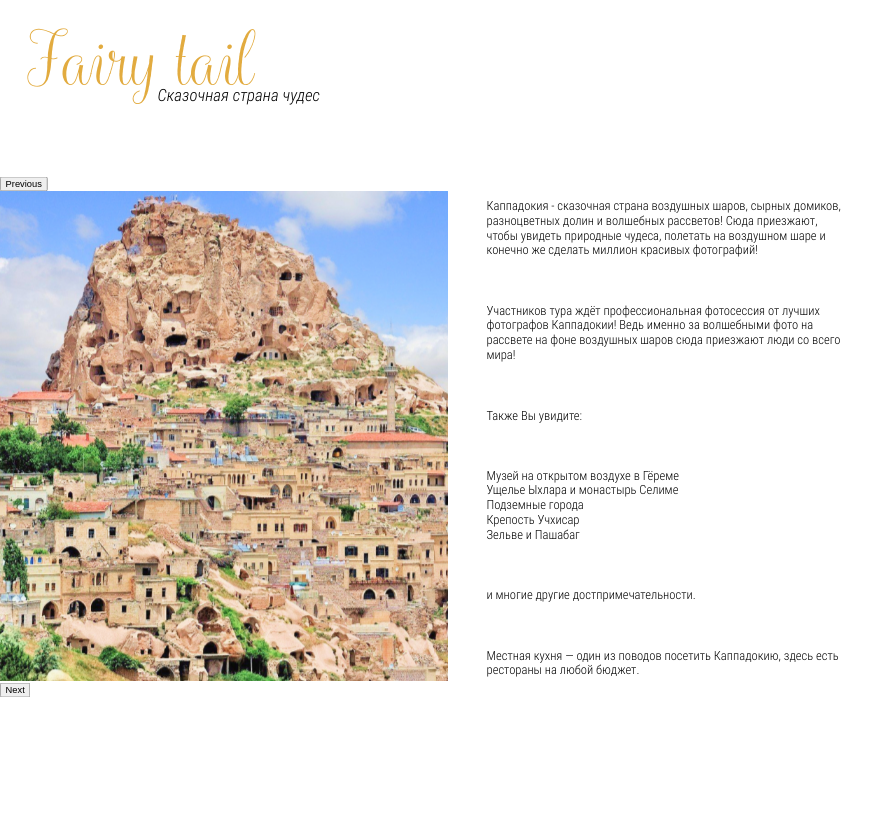
Repository: Lareeman/cappadocia
Page: index.html
These files come from the project's save history. The page is drawn as it stood at one moment and after a run of saves; the edit follows.
The browser window is 1280 px wide. The pictures show the part of the page from y = 896 to 2816 px (the page is 2096 px tall before and 3458 px after), at 70% of full size.

Above is the page before, as saved 2024-01-27 13:05:39.

### index.html
<!DOCTYPE html>
<html lang="en">

<head>
  <meta charset="UTF-8">
  <meta name="viewport" content="width=device-width, initial-scale=1.0">
  <meta http-equiv="X-UA-Compatible" content="ie=edge">
  <title>Cappadocia</title>
  <link rel="stylesheet" href="css/reset.css">
  <link rel="stylesheet" href="css/slick.css">
  <link rel="stylesheet" href="css/style.css">
</head>

<body>
  <header class="header">
    <div class="container">
      <div class="header__top">
        <nav class="menu">
          <ul class="menu__list">
            <li class="menu__item"><a class="menu__link" href="#">Маршрут</a></li>
            <li class="menu__item"><a class="menu__link" href="#">Отель</a></li>
            <li class="menu__item"><a class="menu__link" href="#">Стоимость</a></li>
          </ul>
        </nav>
        <a class="header__phone" href="tel:+380665557776">+38(066)555-777-6</a>
      </div>
      <h1 class="header__title">Cappadocia<span>Эксклюзивный тур</span></h1>
    </div>
  </header>
  <section class="fairy page-section">
    <div class="container">
      <h3 class="fairy__title title">Fairy tail
        <span>Сказочная страна чудес</span>
      </h3>
    </div>
    <div class="fairy__inner">
      <div class="fairy__slider">
        <div class="fairy__item"><img src="images/fairy-1.jpg" alt=""></div>
        <div class="fairy__item"><img src="images/fairy-2.jpg" alt=""></div>
        <div class="fairy__item"><img src="images/fairy-3.jpg" alt=""></div>
      </div>
      <div class="fairy__content">
        <div class="fairy__container">
          <div class="fairy__body">
            <p class="fairy__text">
              Каппадокия - сказочная страна воздушных шаров, сырных домиков, разноцветных долин и волшебных рассветов!
              Сюда приезжают, чтобы увидеть природные чудеса, полетать на воздушном шаре и конечно же сделать миллион красивых фотографий!
            </p>
            <p class="fairy__text">
              Участников тура ждёт профессиональная фотосессия от лучших фотографов Каппадокии!
              Ведь именно за волшебными фото на рассвете на фоне воздушных шаров сюда приезжают люди со всего мира!
            </p>
            <div class="fairy__body-title">
              Также Вы увидите:
            </div>
            <ul class="fairy__list">
              <li>Музей на открытом воздухе в Гёреме</li>
              <li>Ущелье Ыхлара и монастырь Селиме</li>
              <li>Подземные города</li>
              <li>Крепость Учхисар</li>
              <li>Зельве и Пашабаг</li>
            </ul>
            <p class="fairy__text">и многие другие достпримечательности.</p>
            <p class="fairy__text">Местная кухня — один из поводов посетить Каппадокию, здесь есть рестораны на любой бюджет.</p>
          </div>
        </div>
      </div>
    </div>
  </section>

  <script src="https://ajax.googleapis.com/ajax/libs/jquery/3.4.1/jquery.min.js"></script>
  <script src="js/slick.min.js"></script>
  <script src="js/main.js"></script>
</body>

</html>

### css/style.css
:root {
  --black: #000;
  --gold: #E2AB3F;
}

@font-face {
  font-family: 'Balqis';
  src: url('../fonts/balqis.woff2');
  src: url('../fonts/balqis.woff2') format('woff2'),
    url('../fonts/balqis.woff') format('woff');

  font-style: normal;
  font-weight: 300;
  font-display: swap;
}

@font-face {
  font-family: 'RobotoCondensed-Light';
  src: url('../fonts/RobotoCondensed-Light.woff2');
  src: url('../fonts/RobotoCondensed-Light.woff2') format('woff2'),
    url('../fonts/RobotoCondensed-Light.woff') format('woff');


  font-style: normal;
  font-weight: 300;
  font-display: swap;
}

@font-face {
  font-family: 'RobotoCondensed-LightItalic';
  src: url('../fonts/RobotoCondensed-LightItalic.woff2');
  src: url('../fonts/RobotoCondensed-LightItalic.woff2') format('woff2'),
    url('../fonts/RobotoCondensed-LightItalic.woff') format('woff');
  font-style: italic;
  font-weight: 300;
  font-display: swap;
}

@font-face {
  font-family: 'RobotoCondensed-Regular';
  src: url('../fonts/RobotoCondensed-Regular.woff2');
  src: url('../fonts/RobotoCondensed-Regular.woff2') format('woff2'),
    url('../fonts/RobotoCondensed-Regular.woff') format('woff');


  font-style: 400;
  font-weight: 300;
  font-display: swap;
}

html {
  box-sizing: border-box;
}

*,
*::before,
*::after {
  box-sizing: inherit;
}

a {
  text-decoration: none;
  color: inherit;
}

ul {
  list-style-type: none;
}

body {
  color: var(--black);
  font-family: 'RobotoCondensed-Light';
  font-size: 18px;
  font-style: normal;
  font-weight: 300;
  line-height: normal;
}

.header {
  background-image: url("../images/header-bg.jpg");
  background-size: cover;
  background-repeat: no-repeat;
  background-position: bottom center;
  min-height: 100vh;
  margin-bottom: 200px;
}

.container {
  max-width: 1230px;
  padding: 0 15px;
  margin: 0 auto;
}

.page-section {
  margin-bottom: 200px;
}

.title {
  color: var(--gold);
  font-family: Balqis;
  font-size: 96px;
  font-weight: 400;
  margin-bottom: 100px;
}

.title span {
  line-height: 28px;
  font-size: 24px;
  color: var(--black);
  font-family: 'RobotoCondensed-LightItalic';
  display: block;
  margin-top: -30px;
  margin-left: 185px;
}

.header__top {
  padding: 72px 0;
  display: flex;
  justify-content: space-between;
  align-items: center;
  font-size: 24px;
  font-weight: 400;
  font-family: 'RobotoCondensed-Regular';
}

.menu__list {
  display: flex;
  gap: 0 52px;
}

.menu__link {
  transition: all .6s;
}

.menu__link:hover {
  text-decoration: underline;
  /* border-bottom: 1px solid var(--black); */
}

.header__title {
  text-align: center;
  color: var(--black);
  font-family: "Balqis", serif;
  font-size: 250px;
  font-weight: 400;
}

.header__title span {
  text-align: right;
  margin-top: -6%;
  margin-right: 8%;
  display: block;
  font-family: 'RobotoCondensed-LightItalic';
  font-size: 56px;
  font-style: italic;
  font-weight: 300;
}

.header__phone {
  padding-left: 40px;
  position: relative;
}

.header__phone::before {
  content: "";
  position: absolute;
  width: 30px;
  height: 30px;
  left: 0;
  background-image: url('../images/phone-icon.svg');
}

.fairy {}


.fairy__title {}

.fairy__inner {
  display: flex;
  gap: 0 55px;
}

.fairy__slider {
  width: 50%;
}

.fairy__item {}

.fairy__content {
  width: 40%;
}

.fairy__container {}

.fairy__body {
  min-height: 750px;
  display: flex;
  flex-direction: column;
  justify-content: space-around;
  align-items: flex-start;

}

.fairy__text {

}

.fairy__body-title {

  font-weight: 400;
}

.fairy__list {

}

### js/main.js
$(function () {
    $('.fairy__slider').slick({
        slidesToShow: 1,
        slidesToScroll: 1,
        autoplay: true,
        autoplaySpeed: 2000,

        prevArrow: '<button type="button" class="slick-prev">Previous</button>'

    });
});

Loaded but not shown: css/reset.css (common file); css/slick.css (common file); js/slick.min.js (library)

After the next 3 saves:
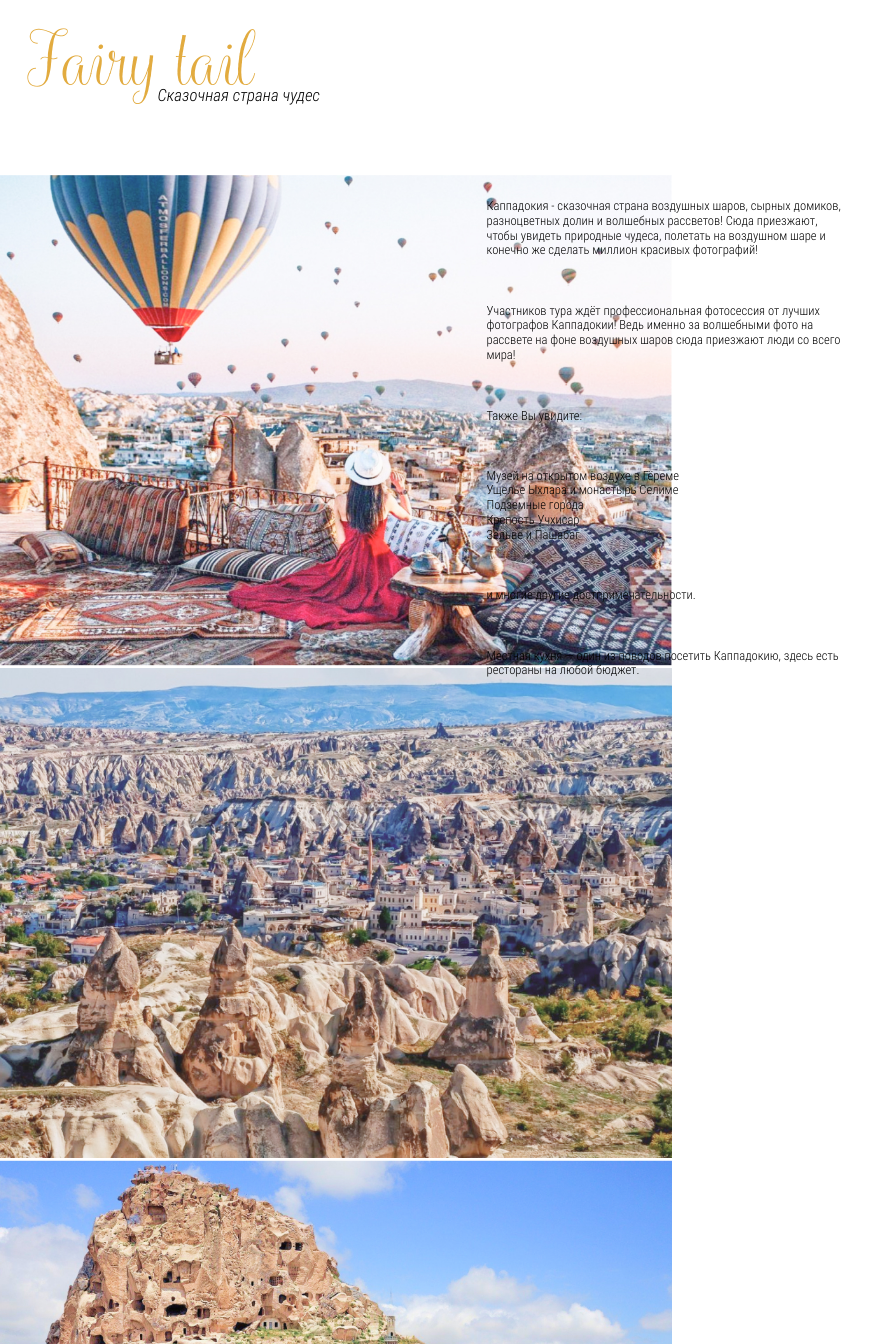
Console error: ReferenceError: nex is not defined
The 3 saves are shown as one change because they came seconds apart.
The last was saved 9 s later.
--- a/js/main.js
+++ b/js/main.js
@@ -5,7 +5,8 @@
         autoplay: true,
         autoplaySpeed: 2000,
 
-        prevArrow: '<button type="button" class="slick-prev">Previous</button>'
+        prevArrow: '<button type="button" class="slick-prev">Previous</button>',
+        nex
 
     });
 });

After the 5 saves that followed:
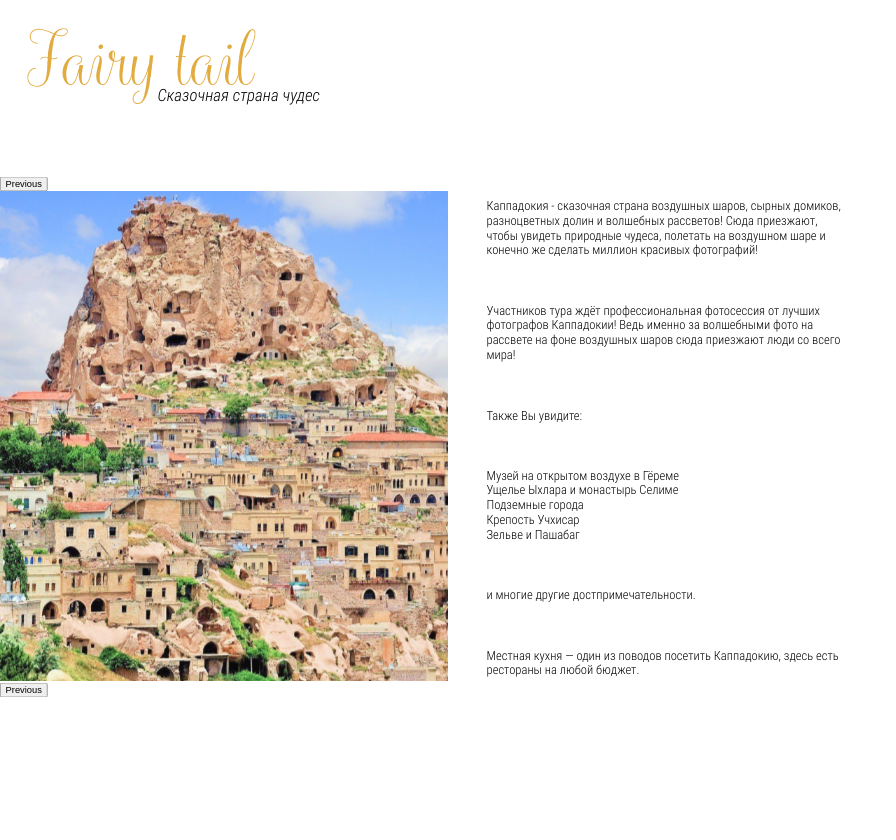
The error is gone.
The 5 saves are shown as one change because they came seconds apart.
The last was saved 12 s later.
--- a/js/main.js
+++ b/js/main.js
@@ -6,7 +6,7 @@
         autoplaySpeed: 2000,
 
         prevArrow: '<button type="button" class="slick-prev">Previous</button>',
-        nex
+        nextArrow: '<button type="button" class="slick-prev">Previous</button>',
 
     });
 });
